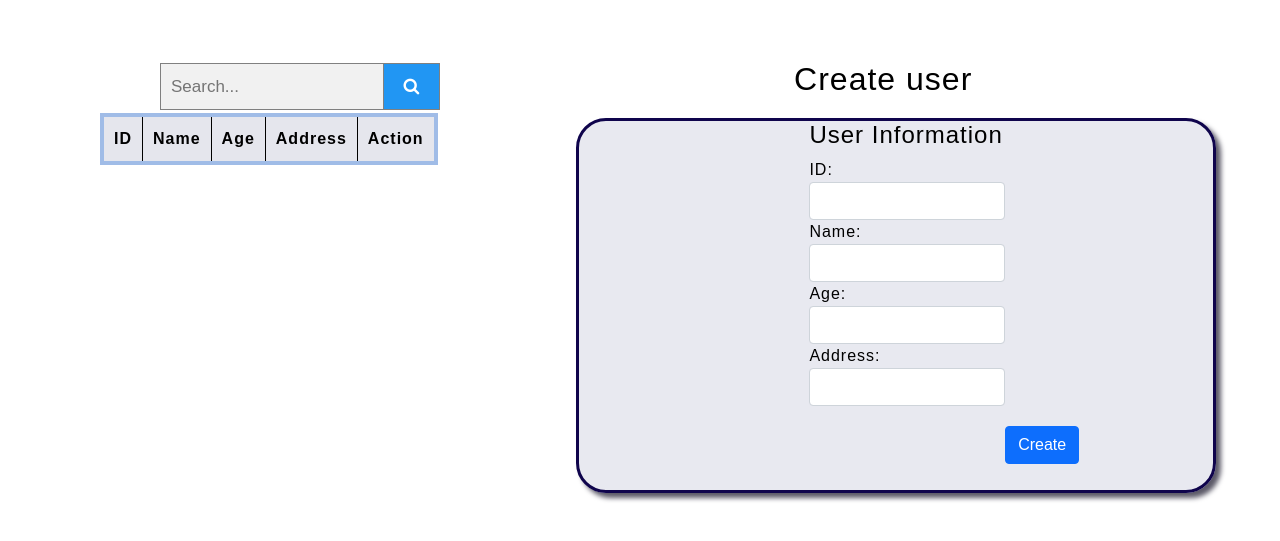
Repository: minhtuan16/JS-Basic
Page: CRUD-Department/create.html
These files come from the project's save history. The page is drawn as it stood at one moment and after the next save; the edit follows.
The browser window is 1280 px wide. The pictures show the whole page.

Above is the page before, as saved 2022-06-09 00:46:31.

### CRUD-Department/create.html
<!DOCTYPE html>
<html lang="en">
<head>
    <meta charset="UTF-8">
    <meta http-equiv="X-UA-Compatible" content="IE=edge">
    <meta name="viewport" content="width=device-width, initial-scale=1.0">
    <link rel="stylesheet" href="https://cdnjs.cloudflare.com/ajax/libs/font-awesome/4.7.0/css/font-awesome.min.css">
    <link href="https://cdn.jsdelivr.net/npm/bootstrap@5.1.3/dist/css/bootstrap.min.css" rel="stylesheet" integrity="sha384-1BmE4kWBq78iYhFldvKuhfTAU6auU8tT94WrHftjDbrCEXSU1oBoqyl2QvZ6jIW3" crossorigin="anonymous">
    <link rel="stylesheet" href="styles/style.css">
    <link rel="stylesheet" href="styles/search.css">
    <title>User</title>
</head>
<body>

    <h2>Create user</h2>
    <!--create a form with the following fiels,email, password, first name, last name, age, address, phone, payment, color-->


    <form id="registerForm" class="container">
        <h4>User Information</h4>
        <div class="control">
            <label>ID:</label>
            <input class="form-control" id="id" type="text" value="" />
        </div>

        <div class="control">
            <label>Name:</label>
            <input class="form-control" id="name" type="text" value="" />
        </div>
        <div class="control">
            <label>Age:</label>
            <input class="form-control" id="age" type="text" value="" />
        </div>
        <div class="control">
            <label>Address:</label>
            <input class="form-control" id="address" type="text" value="" />
        </div>

        <button type="button" class="btn btn-primary" id="btnSave" onclick="create()">Create</button>

        <button type="button" class="btn btn-primary" id="btnUpdate" onclick="update()" style="display: none;">Save</button>
    </form>

    <div class="search-container">
        <form >
            <input type="text" placeholder="Search..." id="search" value="">
            <button type="button" onclick="search()"><i class="fa fa-search"></i></button>
        </form>
    </div>

    <table border="1px">

        <tr>
            <td>ID</td>
            <td>Name</td>
            <td>Age</td>
            <td>Address</td>
            <td>Action</td>
        </tr>

        <tbody id="tableBody">

        </tbody>
    </table>
    <script src="scripts/create.js"></script>
</body>
</html>

### CRUD-Department/styles/style.css
/* Global */
.control{
    width: 50%;
}
.error{
    border: 2px solid red;
}
html{
    font-family: Verdana, Geneva, Tahoma, sans-serif;
    letter-spacing: 1px;
}
h2{
    text-align: center;
}
body{
    /* background-color: #141E61; */
    color: #000000;
}
/* Nav */
a {
    display: inline-block;
    text-decoration: none;
    color: black;
    padding: 5px;
    background-color: #9498a3;
    vertical-align: middle;
    -webkit-transform: perspective(1px) translateZ(0);
    transform: perspective(1px) translateZ(0);
    box-shadow: 0 0 1px rgba(0, 0, 0, 0);
    position: relative;
}

a:before {
    content: '';
    position: absolute;
    border: #e1e1e1 solid 4px;
    top: 0;
    right: 0;
    bottom: 0;
    left: 0;
    -webkit-transition-duration: 0.3s;
    transition-duration: 0.3s;
    -webkit-transition-property: top, right, bottom, left;
    transition-property: top, right, bottom, left;
}

a:hover:before,
a:focus:before,
.a:active:before {
    top: -8px;
    right: -8px;
    bottom: -8px;
    left: -8px;
}

/* Index */
#sign-in {
    border: #0F044C solid 3px;
    background-color: #1225ee34;
    box-shadow: 5px 5px 5px #0F044C;
    padding-left: 20%;
    padding-bottom: 20%;
    width: 20rem;
    margin-left: 20%;
    border-radius: 30px;
}

/* Register */
.nav-btn {
    margin-left: 20px;
    margin-top: 20px
}

h2 {
    margin-left: 38%;
    margin-top: 60px;
}

#registerForm {
    border: #0F044C solid 3px;
    background-color: #8f92b434;
    box-shadow: 5px 5px 5px #5c5a68;
    padding-left: 18%;
    padding-bottom: 2%;
    width: 50%;
    margin-left: 45%;
    border-radius: 30px;
    margin-top: 20px;
}

#btnSave {
    margin-left: 50%;
    margin-top: 20px;
}

#btnShow {
    margin-left: -80%;
    margin-top: 20px;
}

#btnUpdate {
    margin-left: 50%;
    margin-top: 20px;
}

/* Users */
table {
    border: #a0bce7 4px solid;
    background-color: #8184a734;
    /* margin-top: 50px;
    margin-left: 500px; */
    margin-top: -380px;
    margin-left: 100px;
}

/* h1 {
    margin-top: -450px;
} */
table form input {
    margin-left: 100px;
}

table td {
    border: #000000 1px solid;
    text-align: center;
    font-weight: 900;
    padding: 10px;
}

td {
    font-weight: 100;
    border: #e1e1e1 solid 1px;
    padding: 5px;
}

### CRUD-Department/styles/search.css
* {box-sizing: border-box;}

body {
  margin: 0;
  font-family: Arial, Helvetica, sans-serif;
}

.search-container {
    float: left;
}
.search-container input[type=text] {
    padding: 10px;
    font-size: 17px;
    border: 1px solid grey;
    float: left;
    width: 80%;
    background: #f1f1f1;
}

.search-container button {
    float: left;
    width: 20%;
    padding: 10px;
    background: #2196F3;
    color: white;
    font-size: 17px;
    border: 1px solid grey;
    border-left: none;
    cursor: pointer;
}

.topnav .search-container button:hover {
  background: #ccc;
}

@media screen and (max-width: 600px) {
  .topnav .search-container {
    float: none;
  }
  .topnav a, .topnav input[type=text], .topnav .search-container button {
    float: none;
    display: block;
    text-align: left;
    width: 100%;
    margin: 0;
    padding: 14px;
  }
  .topnav input[type=text] {
    border: 1px solid #ccc;
  }
}

.search-container {
    margin-left: 160px;
    margin-top: -430px;
}

### CRUD-Department/scripts/create.js

var data = [
    {id: 1, name: "xyz1", age: 18, address: "hn"},
    {id: 2, name: "xyz2", age: 20, address: "hn"},
    {id: 3, name: "xyz3", age: 21, address: "hn"}
]

function drawTable(person) {
    var table = document.createElement("table");
    var tr = document.createElement("tr");
    var tdid = document.createElement("td");
    var tdName = document.createElement("td");
    var tdAge = document.createElement("td");
    var tdAddress = document.createElement("td");
    var tdOption = document.createElement("td");

    var editBtn = document.createElement("button");
    var deleteBtn = document.createElement("button");

    editBtn.innerText = 'Edit';
    deleteBtn.innerText = 'Delete';

    tdOption.appendChild(editBtn);
    tdOption.appendChild(deleteBtn);

    //bat su kien edit
    editBtn.onclick = function() {
        editPerson(person.id);
    }

    //bat su kien edit
    deleteBtn.onclick = function() {
        deletePerson(person.id);
    }

    tdid.innerHTML = person.id;
    tdName.innerHTML = person.name;
    tdAge.innerHTML = person.age;
    tdAddress.innerHTML = person.address;

    tr.appendChild(tdid);
    tr.appendChild(tdName);
    tr.appendChild(tdAge);
    tr.appendChild(tdAddress);
    tr.appendChild(tdOption)

    var tableBody = document.getElementById("tableBody");
    tableBody.appendChild(tr);
}

function resetDrawTable(persons) {
    var tableBody = document.getElementById("tableBody");
    tableBody.innerHTML = "";

    for (var i = 0; i < persons.length; i++) {
        drawTable(persons[i]);
    }
}

// resetDrawTable(data)
function create() {

    var id = document.getElementById("id").value;
    var name = document.getElementById("name").value;
    var age = document.getElementById("age").value;
    var address = document.getElementById("address").value;

    if (id.length > 0 && name.length > 0 && age.length > 0 && address.length > 0) {
        var p = {id: id, name: name, age: age, address: address};

        data.push(p);

        resetDrawTable(data);

        alert('Create Success');

        document.getElementById("id").value = "";
        document.getElementById("name").value = "";
        document.getElementById("age").value = "";
        document.getElementById("address").value = "";

    } else {
        alert('Dien day du thong tin');
    }
}

function show() {
    var table = document.getElementById("table");
    table.style.display = 'block';
}

function editPerson(id) {
    var index = data.findIndex(x => x.id == id);
    let person = data[index];

    var idIp = document.getElementById("id");
    var nameIp = document.getElementById("name");
    var ageIp = document.getElementById("age");
    var addressIp = document.getElementById("address");

    idIp.value = person.id;
    nameIp.value = person.name;
    ageIp.value = person.age;
    addressIp.value = person.address;

    document.getElementById("btnUpdate").style.display = 'block';
    document.getElementById("btnSave").style.display = 'none';
}

function update() {
    var idIp = document.getElementById("id");
    var nameIp = document.getElementById("name");
    var ageIp = document.getElementById("age");
    var addressIp = document.getElementById("address");

    var id = idIp.value;
    var name = nameIp.value;
    var age = ageIp.value;
    var address = addressIp.value;

    var index = data.findIndex(x => x.id == id);

    if (id.length > 0 && name.length > 0 && age.length > 0 && address.length > 0) {
        data[index] = {id: id, name: name, age: age, address: address};

        resetDrawTable(data);
        alert('Update Success');

        idIp.value = "";
        nameIp.value = "";
        ageIp.value = "";
        addressIp.value = "";

    } else {
        alert('Dien day du thong tin');
    }

    document.getElementById("btnUpdate").style.display = 'none';
    document.getElementById("btnSave").style.display = 'block';
}

function deletePerson(id) {
    var newData = data.filter(x => x.id != id);

    data = newData;

    resetDrawTable(data);
}

function search() {
    var search = document.getElementById("search").value;
    console.log(search);
    var index = data.findIndex(x => x.name == search);

    data[index] = {id: id, name: name, age: age, address: address};

    resetDrawTable(data)
}

After the next save:
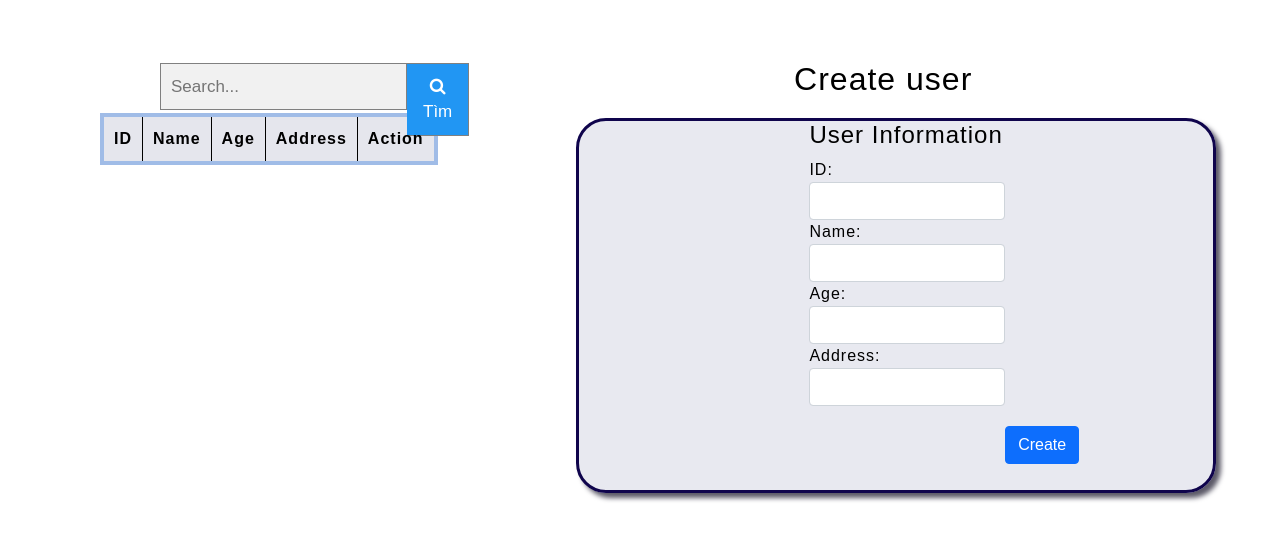
Saved 106 s later.
--- a/CRUD-Department/create.html
+++ b/CRUD-Department/create.html
@@ -44,7 +44,7 @@
     <div class="search-container">
         <form >
             <input type="text" placeholder="Search..." id="search" value="">
-            <button type="button" onclick="search()"><i class="fa fa-search"></i></button>
+            <button type="button" onclick="search()"><i class="fa fa-search"></i>Tìm</button>
         </form>
     </div>
 
